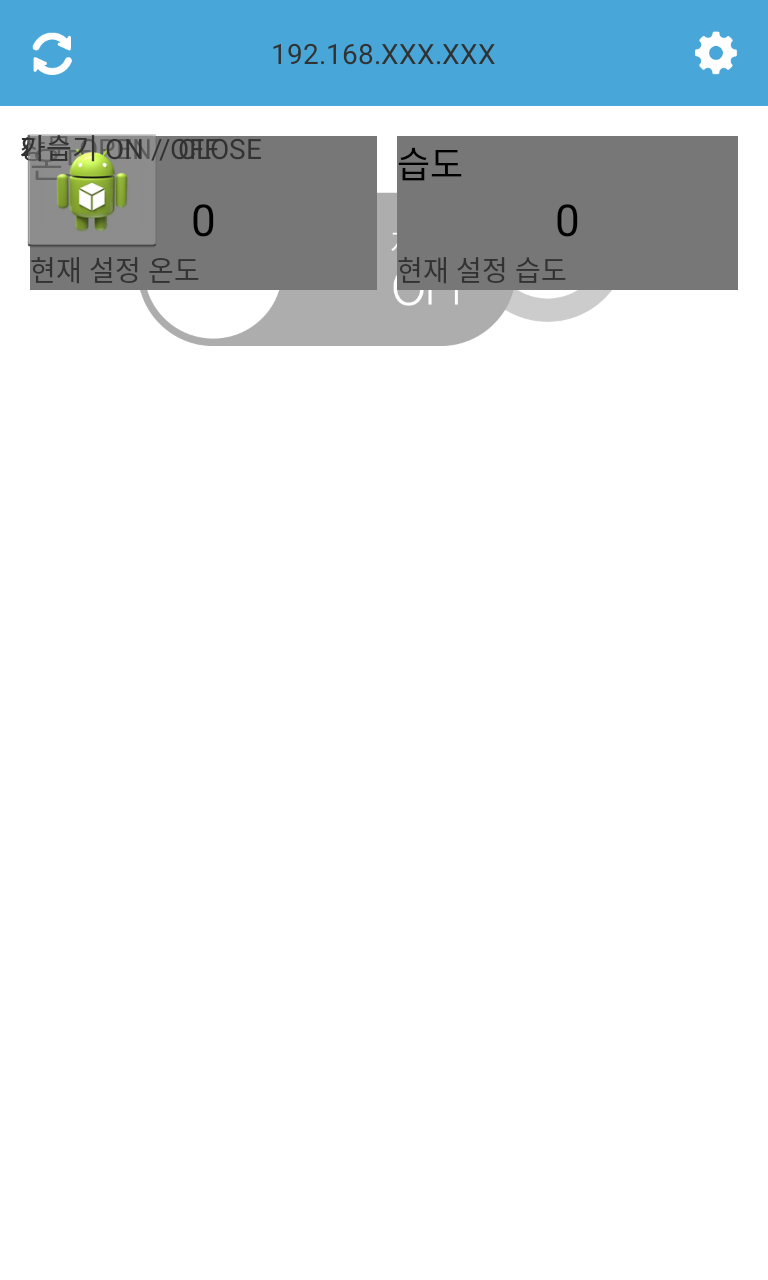
Repository: YeoeunJeong/SinNaYeo
Layout: sny_android/SinNaYeoAndroid/res/layout/activity_sin_na_yeo_main.xml
The author's editor kept a copy of each file at every save. The layout is drawn from the files as they stood at one save, then again after a run of saves.
It is drawn on a 768 x 1280 px phone screen (xhdpi) without system bars, with theme android:Theme.Holo.Light.NoActionBar; the app's code is not run.

Above is the layout before, as saved 2015-09-24 19:04:55.

### sny_android/SinNaYeoAndroid/res/layout/activity_sin_na_yeo_main.xml
<LinearLayout xmlns:android="http://schemas.android.com/apk/res/android"
    xmlns:tools="http://schemas.android.com/tools"
    android:id="@+id/LinearLayout1"
    android:layout_width="match_parent"
    android:layout_height="match_parent"
    android:orientation="vertical"
    tools:context=".SinNaYeoMainActivity" >

    <RelativeLayout
        android:layout_width="match_parent"
        android:layout_height="53dp "
        android:background="#48A7d8" >

        <ImageButton
            android:id="@+id/main_renew_btn"
            android:layout_width="wrap_content"
            android:layout_height="wrap_content"
            android:layout_alignParentLeft="true"
            android:layout_gravity="center_vertical"
            android:layout_marginLeft="15dp"
            android:layout_marginTop="15dp"
            android:background="#00ff0000"
            android:onClick="mOnClick"
            android:src="@drawable/btn_main_renew" />

        <ImageButton
            android:id="@+id/main_setting_btn"
            android:layout_width="wrap_content"
            android:layout_height="wrap_content"
            android:layout_alignParentRight="true"
            android:layout_marginRight="15dp"
            android:layout_marginTop="15dp"
            android:background="#00ff0000"
            android:src="@drawable/btn_main_setting" />

        <TextView
            android:id="@+id/main_ip_tv"
            android:layout_width="wrap_content"
            android:layout_height="wrap_content"
            android:layout_centerHorizontal="true"
            android:layout_centerVertical="true"
            android:text="192.168.XXX.XXX" />
    </RelativeLayout>

    <RelativeLayout
        android:layout_width="match_parent"
        android:layout_height="match_parent"
        android:orientation="vertical"
        android:padding="10dp" >

        <TextView
            android:id="@+id/main_time_tv"
            android:layout_width="wrap_content"
            android:layout_height="wrap_content"
            android:layout_gravity="center_horizontal"
            android:text="외출모드 OFF" />

        <ImageButton
            android:id="@+id/main_automode_btn"
            android:layout_width="wrap_content"
            android:layout_height="wrap_content"
            android:layout_centerHorizontal="true"
            android:background="#00ff0000"
            android:src="@drawable/btn_auto_off" />

        <TextView
            android:layout_width="wrap_content"
            android:layout_height="wrap_content"
            android:clickable="false"
            android:text="자동모드 ON / OFF" />

        <ImageButton
            android:id="@+id/main_outing_btn"
            android:layout_width="wrap_content"
            android:layout_height="wrap_content"
            android:onClick="mOnClick"
            android:src="@drawable/ic_launcher" />

        <TextView
            android:layout_width="wrap_content"
            android:layout_height="wrap_content"
            android:text="외출모드 ON / OFF" />

        <TextView
            android:id="@+id/main_outing_tv"
            android:layout_width="wrap_content"
            android:layout_height="wrap_content"
            android:text="외출 관리는 2시간 후에 시작됩니다."
            android:visibility="invisible" />

        <LinearLayout
            android:layout_width="match_parent"
            android:layout_height="wrap_content" >

            <LinearLayout
                android:layout_width="wrap_content"
                android:layout_height="wrap_content"
                android:layout_margin="5dp"
                android:layout_weight="1"
                android:background="#777777"
                android:orientation="vertical" >

                <TextView
                    android:layout_width="wrap_content"
                    android:layout_height="wrap_content"
                    android:text="온도"
                    android:textAppearance="?android:attr/textAppearanceMedium" />

                <TextView
                    android:id="@+id/main_now_temper_tv"
                    android:layout_width="wrap_content"
                    android:layout_height="wrap_content"
                    android:layout_gravity="center"
                    android:text="0"
                    android:textAppearance="?android:attr/textAppearanceLarge" />

                <TextView
                    android:id="@+id/main_set_temper_tv"
                    android:layout_width="wrap_content"
                    android:layout_height="wrap_content"
                    android:text="현재 설정 온도 "
                    android:textAppearance="?android:attr/textAppearanceSmall" />
            </LinearLayout>

            <LinearLayout
                android:layout_width="wrap_content"
                android:layout_height="wrap_content"
                android:layout_margin="5dp"
                android:layout_weight="1"
                android:background="#777777"
                android:orientation="vertical" >

                <TextView
                    android:layout_width="wrap_content"
                    android:layout_height="wrap_content"
                    android:text="습도"
                    android:textAppearance="?android:attr/textAppearanceMedium" />

                <TextView
                    android:id="@+id/main_now_humid_tv"
                    android:layout_width="wrap_content"
                    android:layout_height="wrap_content"
                    android:layout_gravity="center"
                    android:text="0"
                    android:textAppearance="?android:attr/textAppearanceLarge" />

                <TextView
                    android:id="@+id/main_set_humid_tv"
                    android:layout_width="wrap_content"
                    android:layout_height="wrap_content"
                    android:text="현재 설정 습도"
                    android:textAppearance="?android:attr/textAppearanceSmall" />
            </LinearLayout>
        </LinearLayout>

        <ImageButton
            android:id="@+id/main_window_btn"
            android:layout_width="wrap_content"
            android:layout_height="wrap_content"
            android:onClick="mOnClick"
            android:src="@drawable/ic_launcher" />

        <TextView
            android:id="@+id/textView2"
            android:layout_width="wrap_content"
            android:layout_height="wrap_content"
            android:text="창문 OPEN / CLOSE" />

        <ImageButton
            android:id="@+id/main_humidifier_btn"
            android:layout_width="wrap_content"
            android:layout_height="wrap_content"
            android:onClick="mOnClick"
            android:src="@drawable/ic_launcher" />

        <TextView
            android:layout_width="wrap_content"
            android:layout_height="wrap_content"
            android:text="가습기 ON / OFF" />
    </RelativeLayout>

</LinearLayout>

After the next 3 saves:
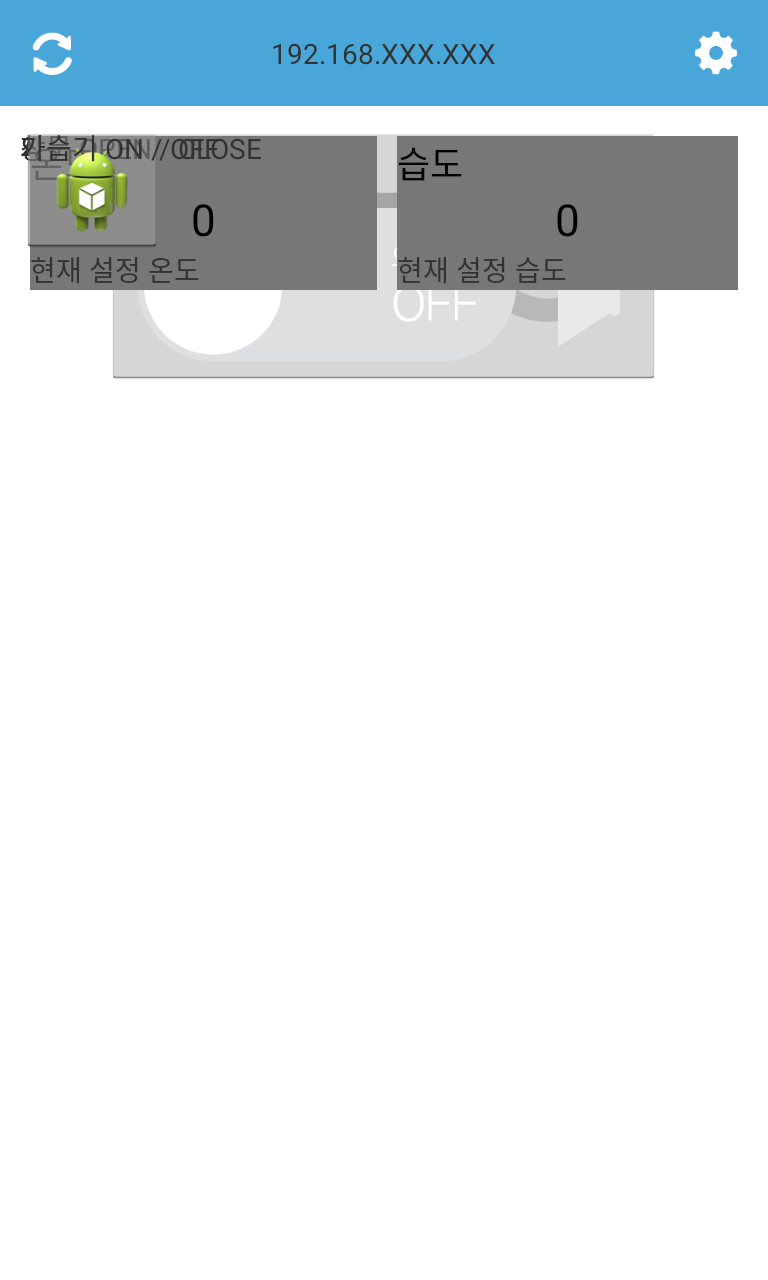
The 3 saves are shown as one change because 1 did not build or start and some came seconds apart.
The last was saved 77 s later.
--- a/sny_android/SinNaYeoAndroid/res/layout/activity_sin_na_yeo_main.xml
+++ b/sny_android/SinNaYeoAndroid/res/layout/activity_sin_na_yeo_main.xml
@@ -73,8 +73,9 @@
             android:id="@+id/main_outing_btn"
             android:layout_width="wrap_content"
             android:layout_height="wrap_content"
+            android:layout_centerHorizontal="true"
             android:onClick="mOnClick"
-            android:src="@drawable/ic_launcher" />
+            android:src="@drawable/btn_outing_nonclickable" />
 
         <TextView
             android:layout_width="wrap_content"
